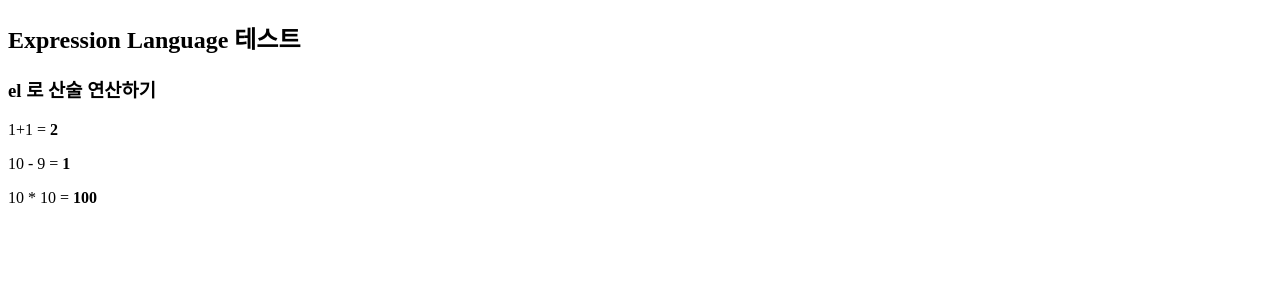
Repository: hyunhee7/web_work
Page: http://localhost/Step16_EL/hello.jsp
An editor plug-in stored every save of this project. The page is shown before and after the next save, followed by the edit.
The browser window is 1280 px wide. The pictures show the whole page.
The page is served by Tomcat 9.

Above is the page before, as saved 2017-07-12 00:53:23.

After the next save:
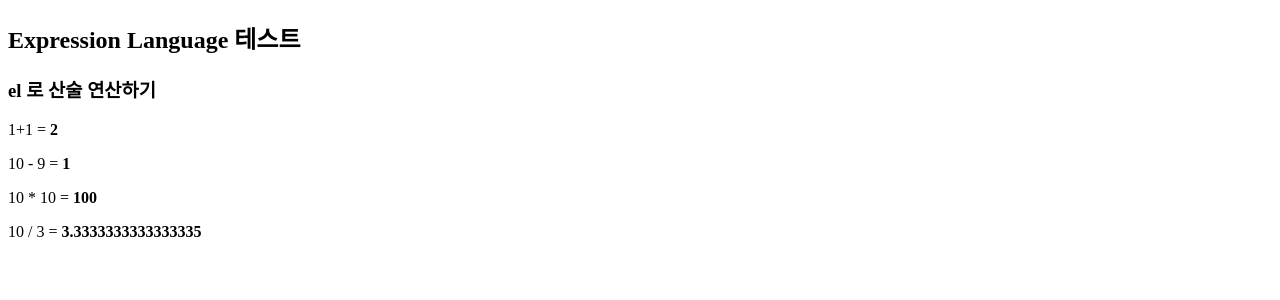
Saved 14 s later.
--- a/Step16_EL/WebContent/hello.jsp
+++ b/Step16_EL/WebContent/hello.jsp
@@ -12,5 +12,6 @@
 <p>1+1 = <strong>${1+1 }</strong></p>
 <p>10 - 9 = <strong>${10-9 }</strong></p>
 <p>10 * 10 = <strong>${10*10 }</strong></p>
+<p>10 / 3 = <strong>${10/3 }</strong></p>
 </body>
 </html>
